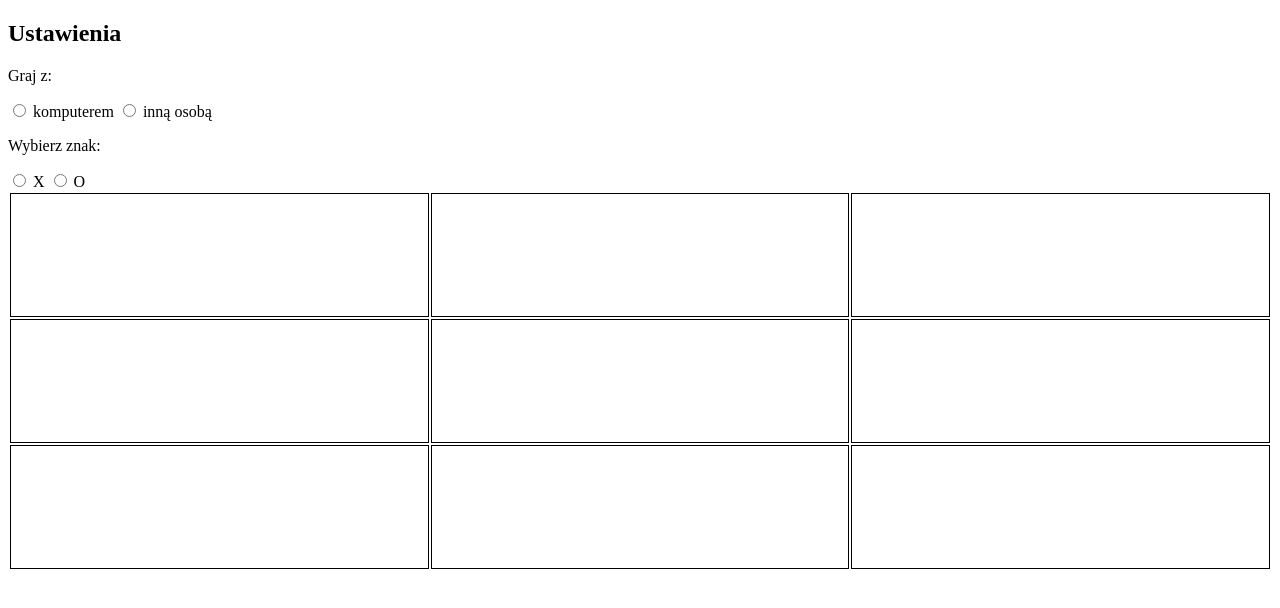
Repository: SebastianArmata22/Tic-Tac-Toe
Page: index.html
An editor plug-in stored every save of this project. The page is shown before and after the next save, followed by the edit.
The browser window is 1280 px wide. The pictures show the whole page.

Above is the page before, as saved 2020-11-03 14:12:55.

### index.html
<!DOCTYPE html>
<html>
    <head>
        <meta charset="utf-8">
        <meta http-equiv="X-UA-Compatible" content="IE=edge">
        <title></title>
        <meta name="description" content="">
        <meta name="viewport" content="width=device-width, initial-scale=1">
        <link rel="stylesheet" href="style.css">
    </head>
    <body>

        <div class="main-content">
            <div class="settings-div">
                <h2>Ustawienia</h2>
                <div class="choice">
                    <p>Graj z:</p>
                    <label><input type="radio" name="player"> komputerem</label>
                    <label><input type="radio" name="player"> inną osobą</label>

                </div>
                <div class="choice">
                    <p>Wybierz znak:</p>
                    <label><input type="radio" name="sign"> X</label>
                    <label><input type="radio" name="sign"> O</label>
                </div>
            </div>
            <div class="tic-tac-toe-div">
                <table>
                    <tr>
                        <th></th>
                        <th></th>
                        <th></th>
                    </tr>
                    <tr>
                        <th></th>
                        <th></th>
                        <th></th>
                    </tr>
                    <tr>
                        <th></th>
                        <th></th>
                        <th></th>
                    </tr>
                </table>

            </div>
        </div>

        <script src="script.js" ></script>
    </body>
</html>

### style.css
th{
border: 1px solid black;
height: 120px;
width: 1200px;
}

Loaded but not shown: script.js (no copy from this time; the picture is the same without it)

After the next save:
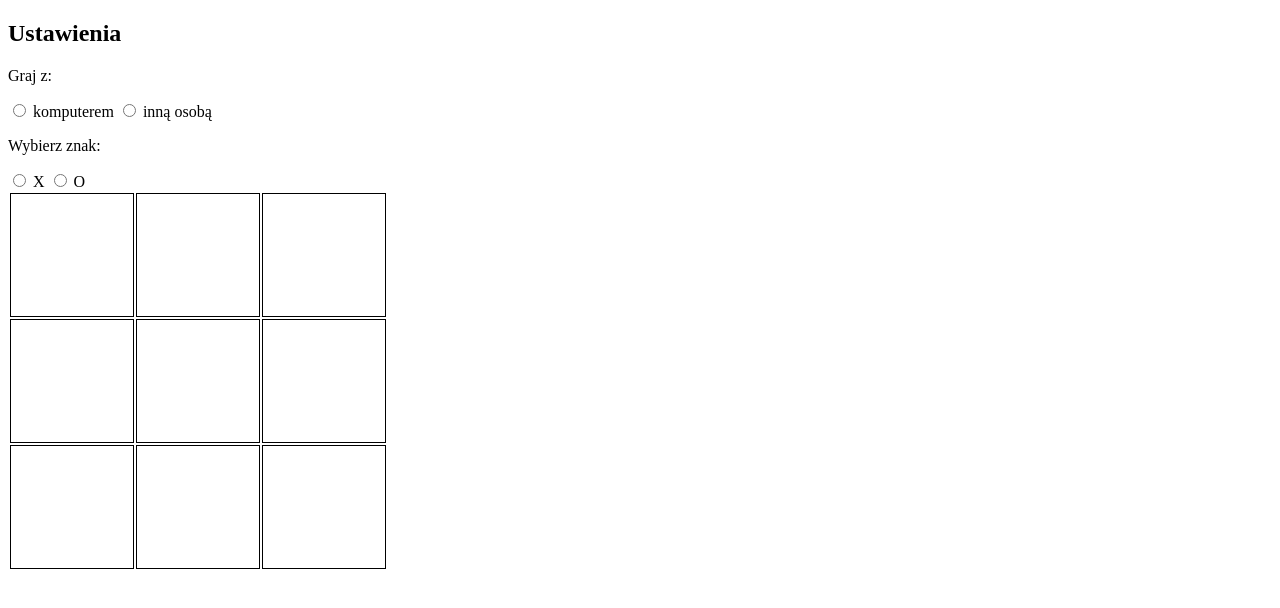
Saved 4 s later.
--- a/style.css
+++ b/style.css
@@ -1,5 +1,5 @@
 th{
 border: 1px solid black;
 height: 120px;
-width: 1200px;
+width: 120px;
 }
